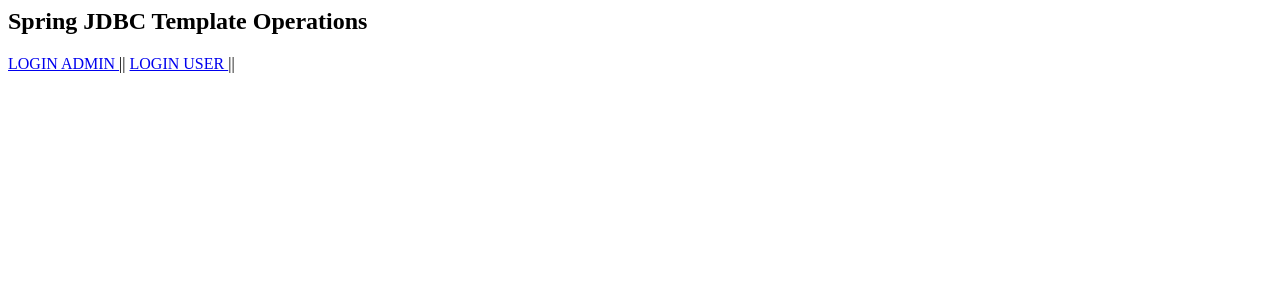
Repository: AnushkaSharma9/Make-an-E-commerce-Website-For-SportyShoes-sportyshoes
Page: http://localhost/phase3-Project-SportyShoes-Webappplication/index2.jsp
An editor plug-in stored every save of this project. The page is shown before and after the next save, followed by the edit.
The browser window is 1280 px wide. The pictures show the whole page.
The page is served by Tomcat 9.

Above is the page before, as saved 2021-10-25 12:21:40.

After the next save:
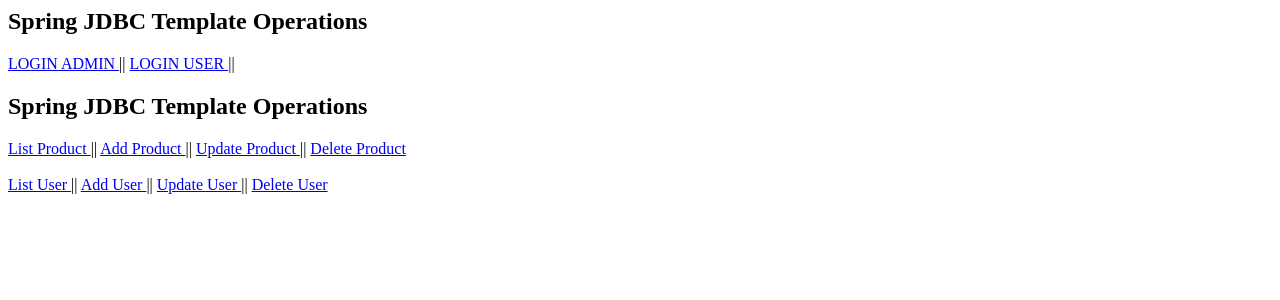
Saved 100 s later.
--- a/phase3-Project-SportyShoes-Webappplication/src/main/webapp/index2.jsp
+++ b/phase3-Project-SportyShoes-Webappplication/src/main/webapp/index2.jsp
@@ -4,6 +4,19 @@
 	<a href="login"> LOGIN ADMIN </a> ||
 	<a href="user-login"> LOGIN USER </a>  ||
 
+	<h2>Spring JDBC Template Operations</h2>
+	<a href="list-products"> List Product </a> ||
+	<a href="add-product"> Add Product </a>  ||
+	<a href="update-product"> Update Product </a>||
+   	<a href="delete-product"> Delete Product </a>
+
+   	<br><br>
+   	<a href="list-users"> List User </a> ||
+	<a href="add-user"> Add User </a>  ||
+	<a href="update-user"> Update User </a>||
+   	<a href="delete-user"> Delete User </a>
+
+
 
 	<br><br><br>
 </body>

After the save that followed:
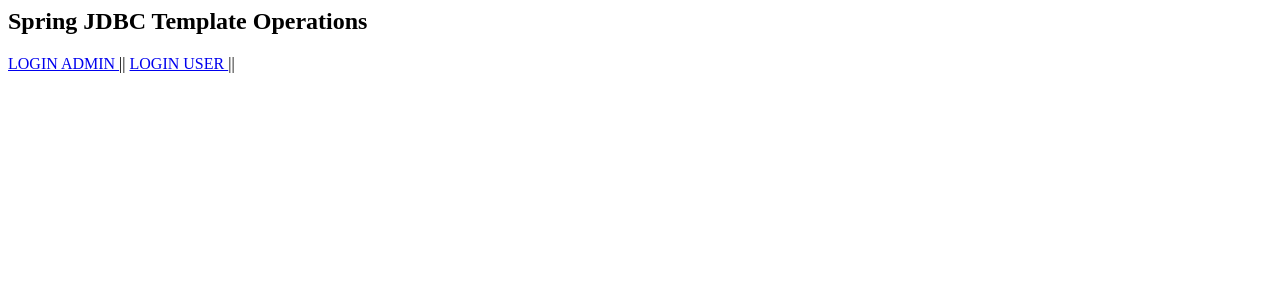
Saved 33 s later.
--- a/phase3-Project-SportyShoes-Webappplication/src/main/webapp/index2.jsp
+++ b/phase3-Project-SportyShoes-Webappplication/src/main/webapp/index2.jsp
@@ -4,18 +4,6 @@
 	<a href="login"> LOGIN ADMIN </a> ||
 	<a href="user-login"> LOGIN USER </a>  ||
 
-	<h2>Spring JDBC Template Operations</h2>
-	<a href="list-products"> List Product </a> ||
-	<a href="add-product"> Add Product </a>  ||
-	<a href="update-product"> Update Product </a>||
-   	<a href="delete-product"> Delete Product </a>
-
-   	<br><br>
-   	<a href="list-users"> List User </a> ||
-	<a href="add-user"> Add User </a>  ||
-	<a href="update-user"> Update User </a>||
-   	<a href="delete-user"> Delete User </a>
-
 
 
 	<br><br><br>
